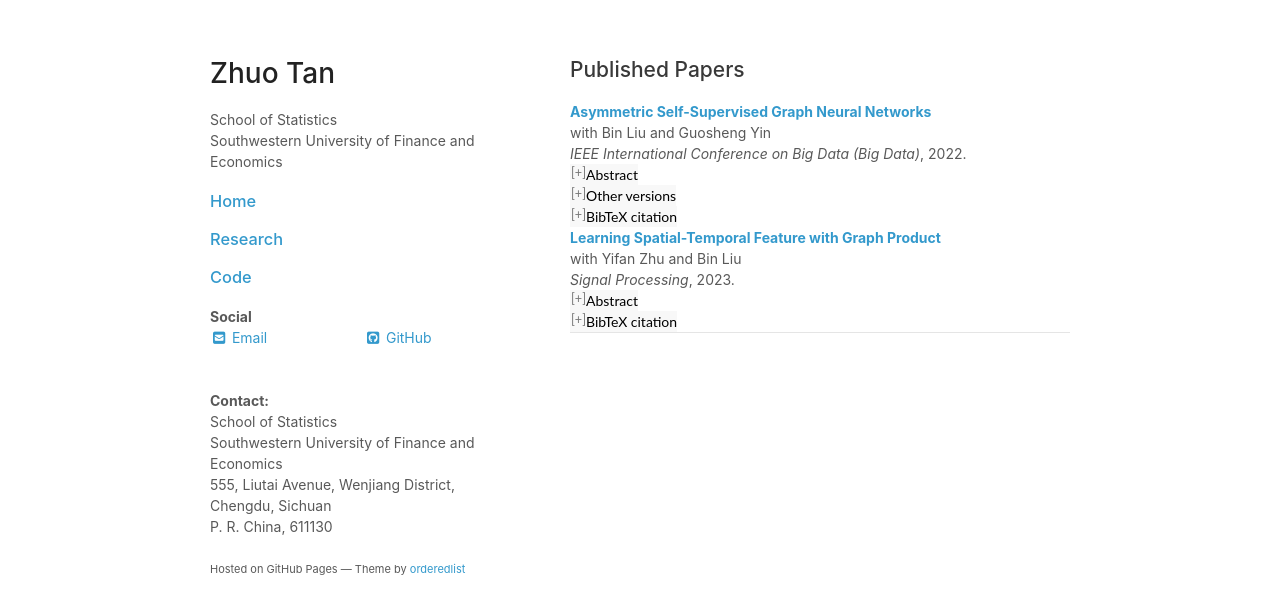
Repository: dfuttu1/dfuttu1.github.io
Page: research.html
The author's editor kept a copy of each file at every save. The page is drawn from the files as they stood at one save, then again after the next save.
The browser window is 1280 px wide. The pictures show the whole page.
Some web libraries are served in a nearby version.

Above is the page before, as saved 2023-08-04 11:24:39.
Not found: stylesheets/github-light.css

### research.html

<!doctype html>
<html lang="en">
  <head>
  <script src="https://use.fontawesome.com/baff6f55f5.js"></script>
    <meta charset="utf-8">
    <meta http-equiv="X-UA-Compatible" content="IE=edge">
    <title>research by Zhuo Tan</title>

    <link rel="stylesheet" href="stylesheets/styles.css">
    <link rel="stylesheet" href="stylesheets/github-light.css">
    <meta name="viewport" content="width=device-width, initial-scale=1, user-scalable=yes">
    <!--[if lt IE 9]>
    <script src="//html5shiv.googlecode.com/svn/trunk/html5.js"></script>
    <![endif]-->

    <script>
      (function(i,s,o,g,r,a,m){i['GoogleAnalyticsObject']=r;i[r]=i[r]||function(){
      (i[r].q=i[r].q||[]).push(arguments)},i[r].l=1*new Date();a=s.createElement(o),
      m=s.getElementsByTagName(o)[0];a.async=1;a.src=g;m.parentNode.insertBefore(a,m)
      })(window,document,'script','https://www.google-analytics.com/analytics.js','ga');
      ga('create', 'UA-29643011-3', 'auto');
      ga('send', 'pageview');
    </script>

    <!-- New GA4 tracking code, see https://support.google.com/analytics/answer/10271001#analyticsjs-enable-basic -->
    <script async src="https://www.googletagmanager.com/gtag/js?id=G-GNJD50R0Z7"></script>
    <script>
    window.dataLayer = window.dataLayer || [];
    function gtag(){dataLayer.push(arguments);}
    gtag('js', new Date());
    gtag('config', 'G-GNJD50R0Z7');
    </script>

    <!-- For all browsers -->
    <link rel="stylesheet" href="assets/css/academicons.min.css"/>
    <link rel="stylesheet" href="assets/css/academicons.css"/>

    <style>
      button.accordion {
      font:14px/1.5 Lato, "Helvetica Neue", Helvetica, Arial, sans-serif;
      cursor: pointer;
      padding: 0px;
      border: none;
      text-align: left;
      outline: none;
      font-size: 100%;
      transition: 0.3s;
      background-color: #f8f8f8;
      }
      button.accordion.active, button.accordion:hover {
      background-color: #f8f8f8;
      }
      button.accordion:after {
      content: " [+] ";
      font-size: 90%;
      color:#777;
      float: left;
      margin-left: 1px;
      }

      button.accordion.active:after {
      content: " [\2212] ";
      }
      div.panel {
      padding: 0 20px;
      margin-top: 5px;
      display: none;
      background-color: white;
      font-size: 100%;
      }
      div.panel.show {
      display: block !important;
      }
      .social-row {
        display: flex;
        flex-wrap: wrap;
        justify-content: space-between;
      }
    </style>
  </head>
  <body>
    <div class="wrapper">
      <header>
        <h1>Zhuo Tan</h1>
        <p>School of Statistics<br>Southwestern University of Finance and Economics</p>
        <!-- <p>Research Affiliate<br><a href="https://csr.swufe.edu.cn/">Center of Statistical Research</a></p> -->
        <!-- <p>Fellow<br><a href="https://glabor.org/user/tyleransom/">Global Labor Organization (GLO)</a></p> -->
    <h3><a href="https://dfuttu1.github.io/">Home</a></h3>
        <h3><a href="https://dfuttu1.github.io/research.html">Research</a></h3>
    <!-- <h3><a href="https://dfuttu1.github.io/research/CV.pdf">CV</a></h3> -->
        <h3><a href="https://dfuttu1.github.io/code.html">Code</a></h3>
        <!-- <h3><a href="https://dfuttu1.github.io/teaching.html">Teaching</a></h3>  -->
        <!-- <h3><a href="https://dfuttu1.github.io/personal.html">Personal</a></h3> -->
    <b>Social</b><br>
        <div class="social-row">
          <a href="mailto:tanzhuo@smail.swufe.edu.cn" class="author-social" target="_blank"><i class="fa fa-fw fa-envelope-square"></i> Email</a><br>
          <!-- <a href="https://scholar.google.com/citations?user=eohlTTcAAAAJ&hl=en" target="_blank"><i class="ai ai-fw ai-google-scholar-square"></i> Scholar</a><br> -->
          <!-- <a href="https://orcid.org/0000-0002-6910-0363"><i class="ai ai-fw ai-orcid-square"></i> ORCID</a><br> -->
          <!-- <a href="http://ideas.repec.org/f/pra541.html"><i class="fa fa-fw fa-share-alt-square"></i> RePEc</a><br> -->
          <a href="http://github.com/dfuttu1"><i class="fa fa-fw fa-github-square"></i> GitHub</a><br>
          <!-- <a href="http://twitter.com/tyleransom" class="author-social" target="_blank"><i class="fa fa-fw fa-twitter-square"></i> Twitter</a><br> -->
          <!-- <a href="http://linkedin.com/in/tyleransom" class="author-social" target="_blank"><i class="fa fa-fw fa-linkedin-square"></i> LinkedIn</a><br> -->
          <br>
        </div>
        <br>

    <p><b>Contact:</b><br>School of Statistics<br>Southwestern University of Finance and Economics<br>555, Liutai Avenue, Wenjiang District, Chengdu, Sichuan<br>P. R. China, 611130</p>
    <p><small>Hosted on GitHub Pages &mdash; Theme by <a href="https://github.com/dfuttu1">orderedlist</a></small></p>

      </header>
      <section>

    <h2><a id="published-papers-updated" class="anchor" href="#publications" aria-hidden="true"><span class="octicon octicon-link"></span></a>Published Papers</h2>
    <p style="margin:0"> <a style="margin:0; font-size:100%; font-weight:bold" href="https://doi.org/10.1109/BigData55660.2022.10021033">Asymmetric Self-Supervised Graph Neural Networks</a> <br> with Bin Liu and Guosheng Yin <br> <i>IEEE International Conference on Big Data (Big Data)</i>, 2022. <br><button class="accordion">
    Abstract
    </button>
    <div class="panel" style="background-color: #F1F1F1; color: #666; padding: 10px;"><p> Despite self-supervised learning (SSL) having been successfully applied to graph data using graph neural networks (GNNs), most existing methods only consider undirected graphs where relationships among connected nodes are two-way symmetric (i.e., information can be passed back and forth). However, there is a vast amount of applications where the information flow is asymmetric, leading to directed graphs where information can only be passed in one direction. For example, a directed edge indicates that the information can only be conveyed forwardly from the start node to the end node, but not backwardly. To accommodate such an asymmetric structure of directed graphs, we propose a simple yet remarkably effective SSL framework for directed graph analysis to incorporate such one-way information passing. We define an incoming embedding and an outgoing embedding for each node to model its sending and receiving features respectively. Then a proposed auxiliary SSL task tries to predict the existence of the directed edges with the incoming and outgoing embedding of nodes. The auxiliary SSL task is jointly trained with a downstream primary task that updates nodes’ incoming features and outgoing features accordingly with labels. Extensive experiments on multiple real-world directed graphs demonstrate outstanding performances of the proposed self-supervised GNNs in both node-level and graph-level tasks. </p></div>
    <p style="margin:0"><button class="accordion">
      Other versions
    </button>
    <div class="panel" style="background-color: #F1F1F1; color: #666; padding: 10px;"><p> <br> <a href="https://arxiv.org/abs/2110.07436">arXiv:2110.07436</a> (October 2021) </br> </p></div>
    <p style="margin:0"><button class="accordion">
      BibTeX citation
    </button>
    <div class="panel" style="background-color: #F1F1F1; color: #666; padding: 10px;"><p> <pre> <code>
      @INPROCEEDINGS{10021033,
        author={Tan, Zhuo and Liu, Bin and Yin, Guosheng},
        booktitle={2022 IEEE International Conference on Big Data (Big Data)},
        title={Asymmetric Self-Supervised Graph Neural Networks},
        year={2022},
        volume={},
        number={},
        pages={1369-1376},
        doi={10.1109/BigData55660.2022.10021033}}
	</code> </pre> </p></div>

    <p style="margin:0"> <a style="margin:0; font-size:100%; font-weight:bold" href="https://doi.org/10.1016/j.sigpro.2023.109062">Learning Spatial-Temporal Feature with Graph Product</a> <br> with Yifan Zhu and Bin Liu <br> <i>Signal Processing</i>, 2023.  <br><button class="accordion">
      Abstract
    </button>
    <div class="panel" style="background-color: #F1F1F1; color: #666; padding: 10px;"><p>Earlier works on dynamic spatial-temporal data modelling prefer using spatial-temporal factorized graph convolutional networks (GCNs), which are easy to interpret but fail to capture joint spatial-temporal correlations. Thus, lots of subsequent research focus on constructing a localized adjacent matrix to capture joint features from both spatial and temporal dimension simultaneously. However, their ways of building the adjacent matrices are usually heuristic, which makes the models difficult to interpret. Meanwhile, the lack of theoretical explanations hinders the model’s generalization. We introduce a general framework to model dynamic spatial-temporal graph data from the view of graph product. With the power of graph product, we propose a systematical way of constructing the spatial-temporal adjacent graphs, which can not only improve the model’s interpretability but increase the spatial-temporal receptive field. Under the novel framework, the existing methods can be taken as special cases of our model. Extensive experiments on multiple large-scale real-world datasets, NTU-RGB+D60, NTU-RGB+D120, UAV-Human, PEMS03, PEMS04, PEMS07, and PEMS08, demonstrate that the proposed model can generalize to most of the scenarios with a performance improvement in a significant margin compared to the state-of-the-art methods. </p></div>
    <p style="margin:0"><button class="accordion">
      BibTeX citation
    </button>
    <div class="panel" style="background-color: #F1F1F1; color: #666; padding: 10px;"><p> <pre> <code>
      @article{TAN2023109062,
        title = {Learning spatial-temporal feature with graph product},
        journal = {Signal Processing},
        volume = {210},
        pages = {109062},
        year = {2023},
        issn = {0165-1684},
        doi = {https://doi.org/10.1016/j.sigpro.2023.109062},
        url = {https://www.sciencedirect.com/science/article/pii/S0165168423001366},
        author = {Zhuo Tan and Yifan Zhu and Bin Liu},
        keywords = {Graph convolutional network, Graph product, Spatial-Temporal data},
        abstract = {Earlier works on dynamic spatial-temporal data modelling prefer using spatial-temporal factorized graph convolutional networks (GCNs), which are easy to interpret but fail to capture joint spatial-temporal correlations. Thus, lots of subsequent research focus on constructing a localized adjacent matrix to capture joint features from both spatial and temporal dimension simultaneously. However, their ways of building the adjacent matrices are usually heuristic, which makes the models difficult to interpret. Meanwhile, the lack of theoretical explanations hinders the model’s generalization. We introduce a general framework to model dynamic spatial-temporal graph data from the view of graph product. With the power of graph product, we propose a systematical way of constructing the spatial-temporal adjacent graphs, which can not only improve the model’s interpretability but increase the spatial-temporal receptive field. Under the novel framework, the existing methods can be taken as special cases of our model. Extensive experiments on multiple large-scale real-world datasets, NTU-RGB+D60, NTU-RGB+D120, UAV-Human, PEMS03, PEMS04, PEMS07, and PEMS08, demonstrate that the proposed model can generalize to most of the scenarios with a performance improvement in a significant margin compared to the state-of-the-art methods.}
        }
	</code> </pre> </p></div>

    <hr>

      </section>
    </div>
    <script src="javascripts/scale.fix.js"></script>
    <script>
    var acc = document.getElementsByClassName("accordion");
    var i;

    for (i = 0; i < acc.length; i++) {
        acc[i].onclick = function(){
            this.classList.toggle("active");
            this.parentNode.nextElementSibling.classList.toggle("show");
      }
    }
    </script>
  </body>
</html>

### stylesheets/styles.css
body {
  background-color: #fff;
  padding:50px;
  font: 14px/1.5 -apple-system, BlinkMacSystemFont, "Segoe UI", Roboto, Oxygen, Ubuntu, Cantarell, "Fira Sans", "Droid Sans", "Helvetica Neue", Arial, sans-serif, "Apple Color Emoji", "Segoe UI Emoji", "Segoe UI Symbol";
  color:#595959;
  font-weight:400;
}

h1, h2, h3, h4, h5, h6 {
  color:#222;
  margin:0 0 20px;
}

p, ul, ol, table, pre, dl {
  margin:0 0 20px;
}

h1, h2, h3 {
  line-height:1.1;
}

h1 {
  font-size:28px;
  font-weight: 500;
}

h2 {
  color:#393939;
  font-weight: 500;
}

h3, h4, h5, h6 {
  color:#494949;
  font-weight: 500;
}

a {
  color:#39c;
  text-decoration:none;
}

a:hover {
  color:#069;
}

a small {
  font-size:11px;
  color:#777;
  margin-top:-0.3em;
  display:block;
}

a:hover small {
  color:#777;
}

.wrapper {
  width:860px;
  margin:0 auto;
}

blockquote {
  border-left:1px solid #e5e5e5;
  margin:0;
  padding:0 0 0 20px;
  font-style:italic;
}

code, pre {
  font-family:Monaco, Bitstream Vera Sans Mono, Lucida Console, Terminal, Consolas, Liberation Mono, DejaVu Sans Mono, Courier New, monospace;
  color:#333;
  font-size:12px;
}

pre {
  padding:8px 15px;
  background: #f8f8f8;
  border-radius:5px;
  border:1px solid #e5e5e5;
  overflow-x: auto;
}

table {
  width:100%;
  border-collapse:collapse;
}

th, td {
  text-align:left;
  padding:5px 10px;
  border-bottom:1px solid #e5e5e5;
}

dt {
  color:#444;
  font-weight:500;
}

th {
  color:#444;
}

img {
  max-width:100%;
}

header {
  width:270px;
  float:left;
  position:fixed;
  -webkit-font-smoothing:subpixel-antialiased;
}

header ul {
  list-style:none;
  height:40px;
  padding:0;
  background: #f4f4f4;
  border-radius:5px;
  border:1px solid #e0e0e0;
  width:270px;
}

header li {
  width:89px;
  float:left;
  border-right:1px solid #e0e0e0;
  height:40px;
}

header li:first-child a {
  border-radius:5px 0 0 5px;
}

header li:last-child a {
  border-radius:0 5px 5px 0;
}

header ul a {
  line-height:1;
  font-size:11px;
  color:#999;
  display:block;
  text-align:center;
  padding-top:6px;
  height:34px;
}

header ul a:hover {
  color:#999;
}

header ul a:active {
  background-color:#f0f0f0;
}

strong {
  color:#222;
  font-weight:500;
}

header ul li + li + li {
  border-right:none;
  width:89px;
}

header ul a strong {
  font-size:14px;
  display:block;
  color:#222;
}

section {
  width:500px;
  float:right;
  padding-bottom:50px;
}

small {
  font-size:11px;
}

hr {
  border:0;
  background:#e5e5e5;
  height:1px;
  margin:0 0 20px;
}

footer {
  width:270px;
  float:left;
  position:fixed;
  bottom:50px;
  -webkit-font-smoothing:subpixel-antialiased;
}

@media print, screen and (max-width: 960px) {

  div.wrapper {
    width:auto;
    margin:0;
  }

  header, section, footer {
    float:none;
    position:static;
    width:auto;
  }

  header {
    padding-right:320px;
  }

  section {
    border:1px solid #e5e5e5;
    border-width:1px 0;
    padding:20px 0;
    margin:0 0 20px;
  }

  header a small {
    display:inline;
  }

  header ul {
    position:absolute;
    right:50px;
    top:52px;
  }
}

@media print, screen and (max-width: 720px) {
  body {
    word-wrap:break-word;
  }

  header {
    padding:0;
  }

  header ul, header p.view {
    position:static;
  }

  pre, code {
    word-wrap:normal;
  }
}

@media print, screen and (max-width: 480px) {
  body {
    padding:15px;
  }

  header ul {
    width:99%;
  }

  header li, header ul li + li + li {
    width:33%;
  }
}

@media print {
  body {
    padding:0.4in;
    font-size:12pt;
    color:#444;
  }
}

### assets/css/academicons.css
/*
 *  Academicons 1.8.2 by James Walsh - https://github.com/jpswalsh
 *  Fonts generated using the IcoMoon app - http://icomoon.io/app
 *  Square icons designed to be used alongside Font Awesome square icons - https://fortawesome.github.io/Font-Awesome/
 *  Licenses - Font: SIL OFL 1.1, CSS: MIT License
 */
@font-face {
    font-family: 'Academicons';
    src:url('../fonts/academicons.eot?v=1.8.2');
    src:url('../fonts/academicons.eot?v=1.8.2') format('embedded-opentype'),
        url('../fonts/academicons.ttf?v=1.8.2') format('truetype'),
        url('../fonts/academicons.woff?v=1.8.2') format('woff'),
        url('../fonts/academicons.svg?v=1.8.2#academicons') format('svg');
    font-weight: normal;
    font-style: normal;
}
.ai {
	display:inline-block;
	font:normal normal normal 14px/1 Academicons;
	font-size:inherit;
	text-rendering:auto;
	-webkit-font-smoothing:antialiased;
	-moz-osx-font-smoothing:grayscale;
}
.ai-academia:before {
  content: "\e800";
}
.ai-academia-square:before {
  content: "\e801";
}
.ai-acclaim:before {
  content: "\e802";
}
.ai-acclaim-square:before {
  content: "\e803";
}
.ai-acm:before {
  content: "\e804";
}
.ai-acm-square:before {
  content: "\e805";
}
.ai-ads:before {
  content: "\e806";
}
.ai-ads-square:before {
  content: "\e807";
}
.ai-arxiv:before {
  content: "\e808";
}
.ai-arxiv-square:before {
  content: "\e809";
}
.ai-biorxiv:before {
  content: "\e810";
}
.ai-biorxiv-square:before {
  content: "\e811";
}
.ai-ceur:before {
  content: "\e812";
}
.ai-ceur-box:before {
  content: "\e813";
}
.ai-courser:before {
  content: "\e814";
}
.ai-courser-square:before {
  content: "\e815";
}
.ai-dataverse:before {
  content: "\e816";
}
.ai-dataverse-box:before {
  content: "\e817";
}
.ai-dblp:before {
  content: "\e818";
}
.ai-dblp-square:before {
  content: "\e819";
}
.ai-depsy:before {
  content: "\e820";
}
.ai-depsy-square:before {
  content: "\e821";
}
.ai-doi:before {
  content: "\e822";
}
.ai-doi-square:before {
  content: "\e823";
}
.ai-dryad:before {
  content: "\e824";
}
.ai-dryad-square:before {
  content: "\e825";
}
.ai-figshare:before {
  content: "\e826";
}
.ai-figshare-square:before {
  content: "\e827";
}
.ai-google-scholar:before {
  content: "\e828";
}
.ai-google-scholar-square:before {
  content: "\e829";
}
.ai-ieee:before {
  content: "\e830";
}
.ai-ieee-square:before {
  content: "\e831";
}
.ai-impactstory:before {
  content: "\e832";
}
.ai-impactstory-square:before {
  content: "\e833";
}
.ai-inspire:before {
  content: "\e834";
}
.ai-inspire-square:before {
  content: "\e835";
}
.ai-mendeley:before {
  content: "\e836";
}
.ai-mendeley-square:before {
  content: "\e837";
}
.ai-open-access:before {
  content: "\e838";
}
.ai-open-access-square:before {
  content: "\e839";
}
.ai-orcid:before {
  content: "\e840";
}
.ai-orcid-square:before {
  content: "\e841";
}
.ai-osf:before {
  content: "\e842";
}
.ai-osf-square:before {
  content: "\e843";
}
.ai-overleaf:before {
  content: "\e844";
}
.ai-overleaf-square:before {
  content: "\e845";
}
.ai-philpapers:before {
  content: "\e846";
}
.ai-philpapers-square:before {
  content: "\e847";
}
.ai-piazza:before {
  content: "\e848";
}
.ai-piazza-square:before {
  content: "\e849";
}
.ai-publons:before {
  content: "\e850";
}
.ai-publons-square:before {
  content: "\e851";
}
.ai-pubmed:before {
  content: "\e852";
}
.ai-pubmed-square:before {
  content: "\e853";
}
.ai-researchgate:before {
  content: "\e854";
}
.ai-researchgate-square:before {
  content: "\e855";
}
.ai-scirate:before {
  content: "\e856";
}
.ai-scirate-square:before {
  content: "\e857";
}
.ai-springer:before {
  content: "\e858";
}
.ai-springer-square:before {
  content: "\e859";
}
.ai-zotero:before {
  content: "\e860";
}
.ai-zotero-square:before {
  content: "\e861";
}
/*  Duplication of the FontAwesome style classes using 'ai' in place of 'fa'. */
.ai-lg {
  font-size: 1.33333333em;
  line-height: 0.75em;
  vertical-align: -15%;
}
.ai-2x {
  font-size: 2em;
}
.ai-3x {
  font-size: 3em;
}
.ai-4x {
  font-size: 4em;
}
.ai-5x {
  font-size: 5em;
}
.ai-fw {
  width: 1.28571429em;
  text-align: center;
}
.ai-ul {
  padding-left: 0;
  margin-left: 2.14285714em;
  list-style-type: none;
}
.ai-ul > li {
  position: relative;
}
.ai-li {
  position: absolute;
  left: -2.14285714em;
  width: 2.14285714em;
  top: 0.14285714em;
  text-align: center;
}
.ai-li.fa-lg {
  left: -1.85714286em;
}
.ai-border {
  padding: .2em .25em .15em;
  border: solid 0.08em #eeeeee;
  border-radius: .1em;
}
.ai-pull-left {
  float: left;
}
.ai-pull-right {
  float: right;
}
.ai.fa-pull-left {
  margin-right: .3em;
}
.ai.fa-pull-right {
  margin-left: .3em;
}
/*
 *  Repeat of the FontAwesome style classes to prevent override if academicons.css
 *  is called after font-awesome.css.
 */
.fa-lg {
  font-size: 1.33333333em;
  line-height: 0.75em;
  vertical-align: -15%;
}
.fa-2x {
  font-size: 2em;
}
.fa-3x {
  font-size: 3em;
}
.fa-4x {
  font-size: 4em;
}
.fa-5x {
  font-size: 5em;
}
.fa-fw {
  width: 1.28571429em;
  text-align: center;
}
.fa-ul {
  padding-left: 0;
  margin-left: 2.14285714em;
  list-style-type: none;
}
.fa-ul > li {
  position: relative;
}
.fa-li {
  position: absolute;
  left: -2.14285714em;
  width: 2.14285714em;
  top: 0.14285714em;
  text-align: center;
}
.fa-li.fa-lg {
  left: -1.85714286em;
}
.fa-border {
  padding: .2em .25em .15em;
  border: solid 0.08em #eeeeee;
  border-radius: .1em;
}
.fa-pull-left {
  float: left;
}
.fa-pull-right {
  float: right;
}
.fa.fa-pull-left {
  margin-right: .3em;
}
.fa.fa-pull-right {
  margin-left: .3em;
}

Loaded but not shown: assets/css/academicons.min.css (library); javascripts/scale.fix.js (common file)

After the next save:
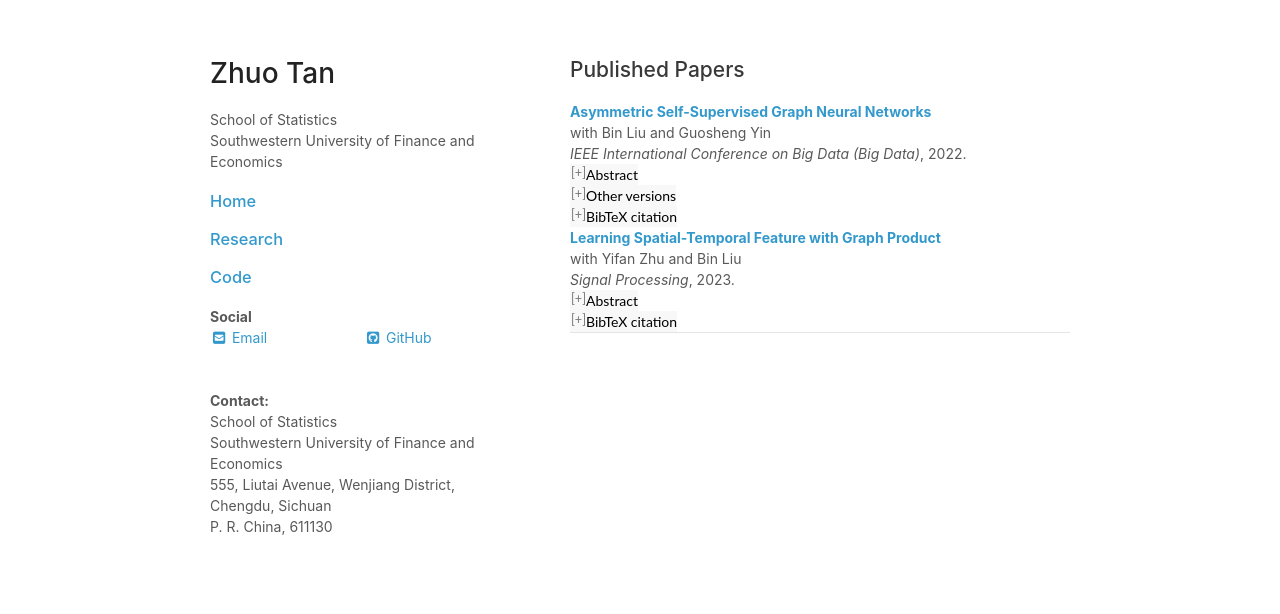
Saved 80 s later.
--- a/research.html
+++ b/research.html
@@ -106,9 +106,9 @@
         <br>
 
     <p><b>Contact:</b><br>School of Statistics<br>Southwestern University of Finance and Economics<br>555, Liutai Avenue, Wenjiang District, Chengdu, Sichuan<br>P. R. China, 611130</p>
-    <p><small>Hosted on GitHub Pages &mdash; Theme by <a href="https://github.com/dfuttu1">orderedlist</a></small></p>
+    <!-- <p><small>Hosted on GitHub Pages &mdash; Theme by <a href="https://github.com/dfuttu1">orderedlist</a></small></p> -->
+      </header>
 
-      </header>
       <section>
 
     <h2><a id="published-papers-updated" class="anchor" href="#publications" aria-hidden="true"><span class="octicon octicon-link"></span></a>Published Papers</h2>
